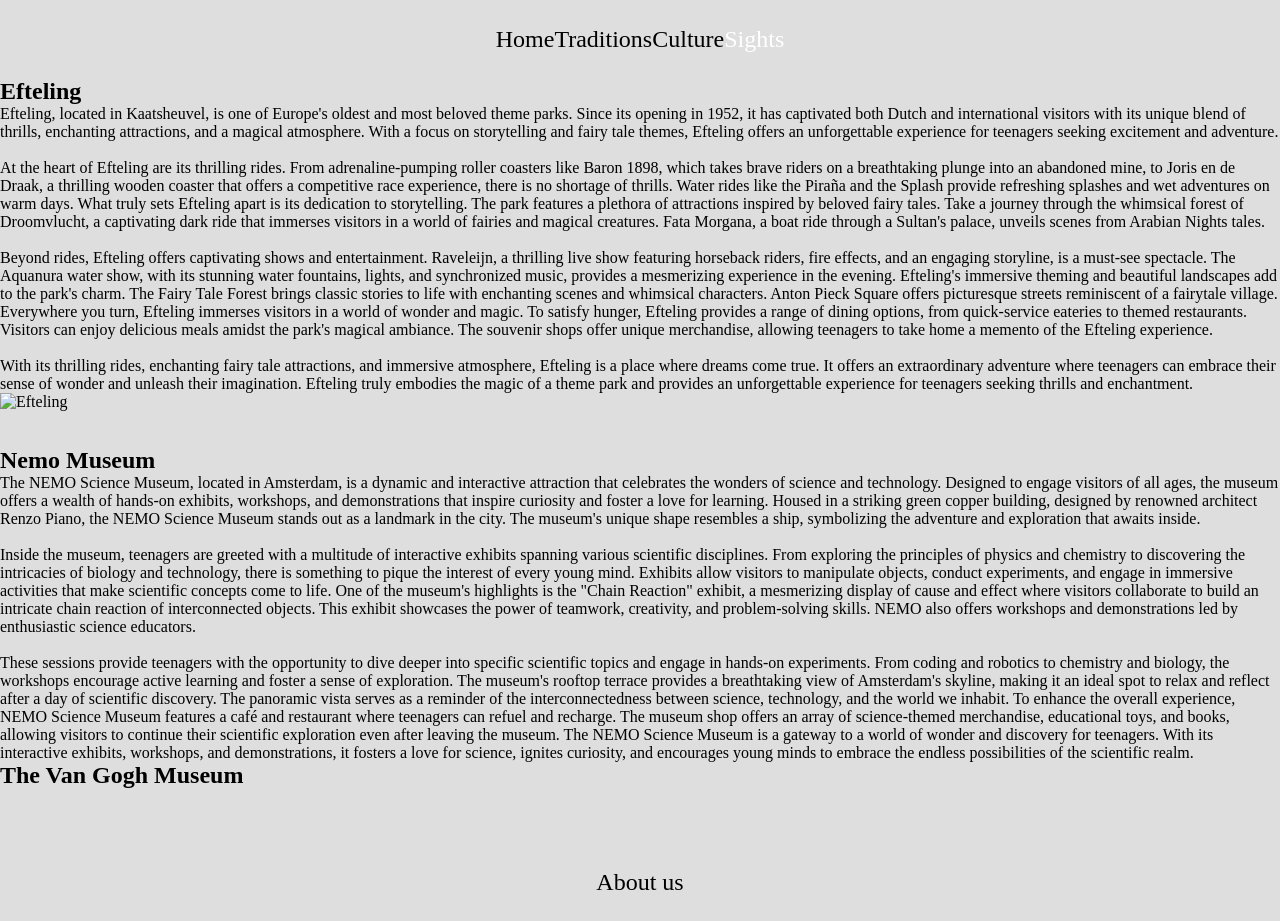
Repository: Cornman63/The-netherlands
Page: html/sights.html
The author's editor kept a copy of each file at every save. The page is drawn from the files as they stood at one save, then again after the next save.
The browser window is 1280 px wide. The pictures show the whole page.

Above is the page before, as saved 2023-05-28 15:28:19.

After the next save:
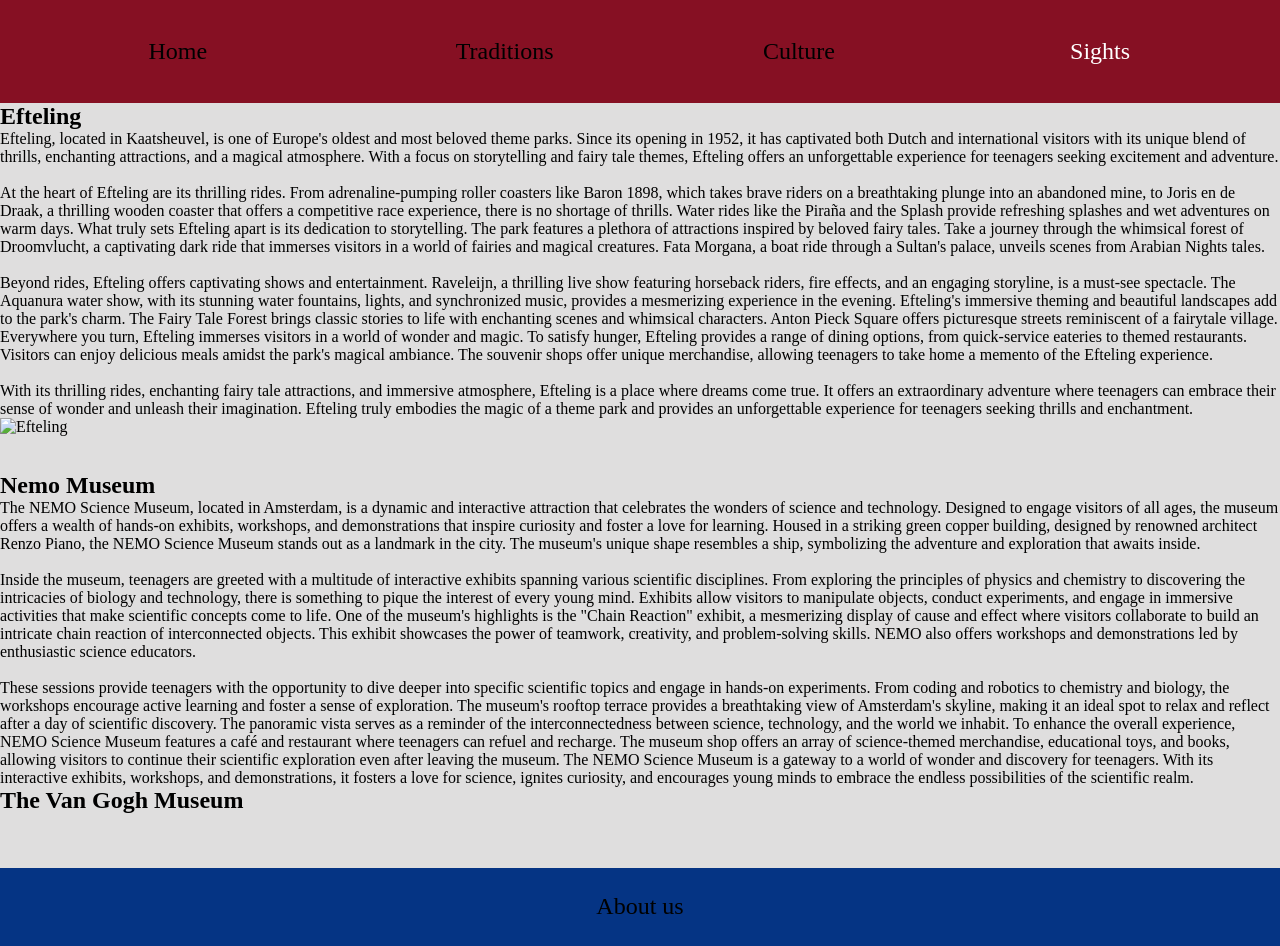
Saved 5 s later.
--- a/html/sights.html
+++ b/html/sights.html
@@ -9,12 +9,15 @@
 
 </head>
 <body>
+<header>
     <div class="top">
-        <div class="topbar"><a href="index.html" class="link">Home</a></div>
-        <div class="topbar"><a href="traditions.html" class="link">Traditions</a></div>
-        <div class="topbar"><a href="culture.html" class="link">Culture</a></div>
-        <div class="topbar"><a href="sights.html" style="color: white" class="link">Sights</a></div>
+        <div class="site"><a href="index.html" class="link">Home</a></div>
+        <div class="site"><a href="traditions.html" class="link">Traditions</a></div>
+        <div class="site"><a href="culture.html" class="link">Culture</a></div>
+        <div class="site"><a href="sights.html" style="color: white" class="link">Sights</a></div>
     </div>
+</header>
+
     <h2>Efteling</h2>
     <div class="text">
         Efteling, located in Kaatsheuvel, is one of Europe's oldest and most beloved theme parks. Since its opening in 1952, it has captivated both Dutch and international visitors with its unique blend of thrills, enchanting attractions, and a magical atmosphere. With a focus on storytelling and fairy tale themes, Efteling offers an unforgettable experience for teenagers seeking excitement and adventure.
@@ -65,8 +68,11 @@ The NEMO Science Museum is a gateway to a world of wonder and discovery for teen
 
     <br><br><br>
 
+<footer>
     <div class="bottom">
         About us
     </div>
+</footer>
+<script src="../Javascript/main.js"></script>
 </body>
 </html>
